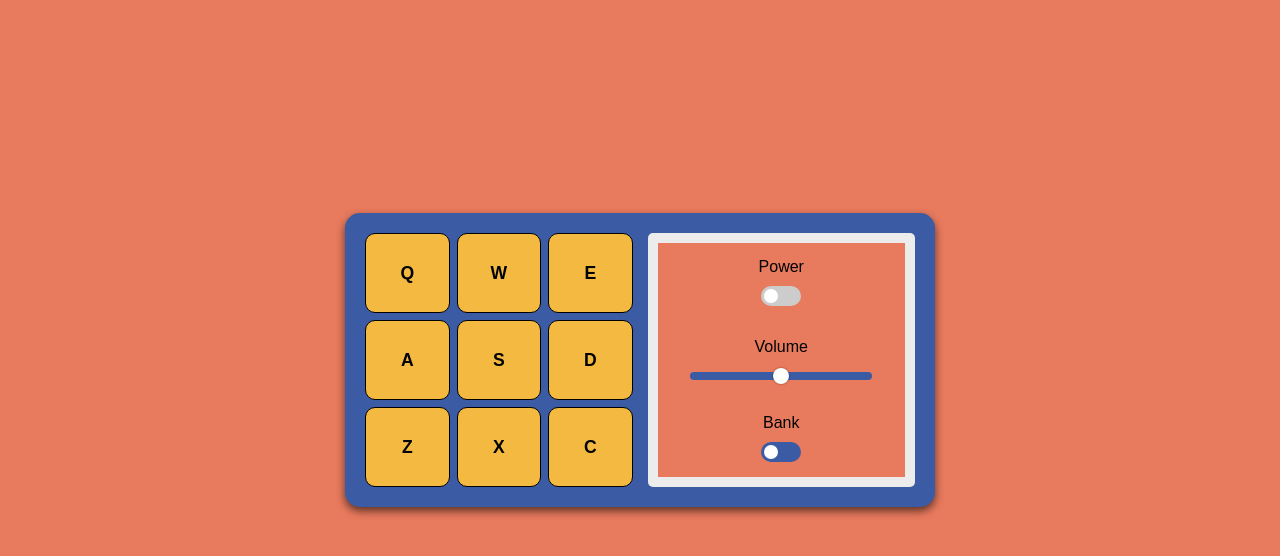
Repository: alfredoleano/drum-machine
Page: /
An editor plug-in stored every save of this project. The page is shown before and after the next save, followed by the edit.
The browser window is 1280 px wide. The pictures show the whole page.
The project was rebuilt for these pictures with package versions that can differ from the ones it lists, and the page was loaded fresh each time.

Above is the page before, as saved 2024-06-12 20:06:19.

After the next save:
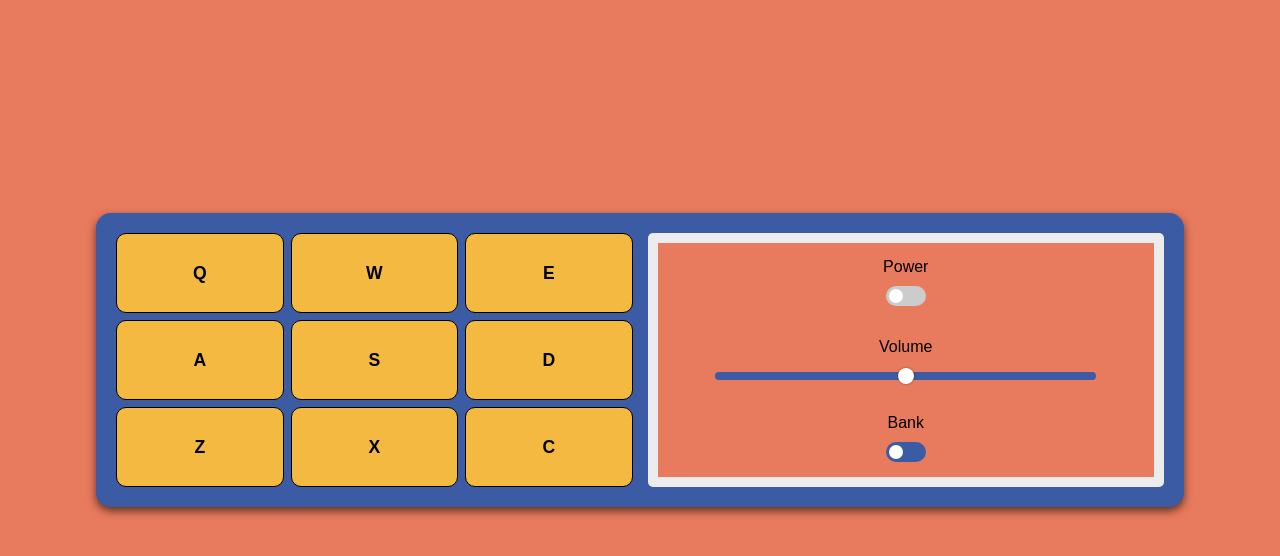
Saved 23 h 41 min later.
--- a/src/styles.scss
+++ b/src/styles.scss
@@ -33,7 +33,7 @@
 #display {
   background-color: $tertiary-color;
   width: 85%;
-  max-width: 590px;
+  // max-width: 590px;
   margin: 30px auto;
   padding: 20px;
   border-radius: 15px;

After the save that followed:
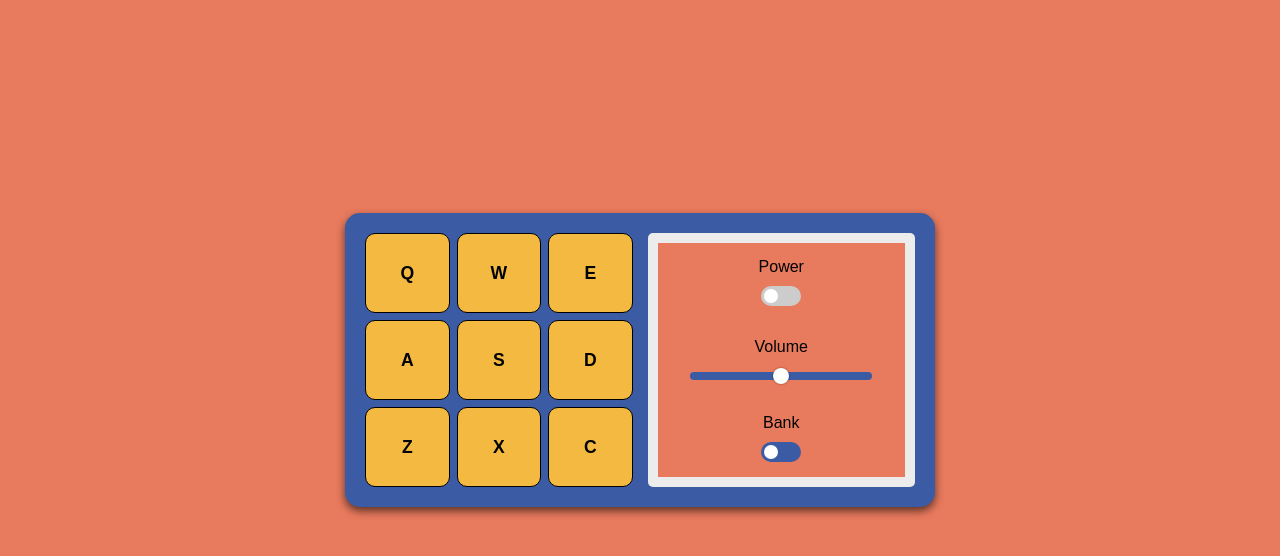
Saved 61 s later.
--- a/src/styles.scss
+++ b/src/styles.scss
@@ -33,7 +33,7 @@
 #display {
   background-color: $tertiary-color;
   width: 85%;
-  // max-width: 590px;
+  max-width: 590px;
   margin: 30px auto;
   padding: 20px;
   border-radius: 15px;
